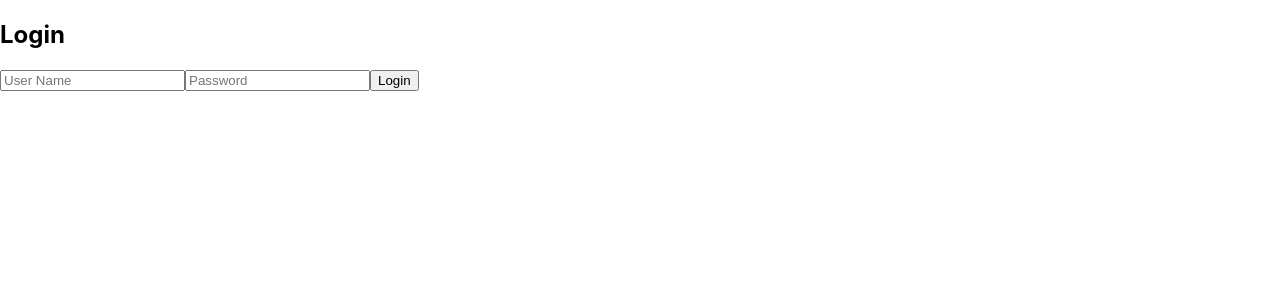
Repository: dechavez4/semester3_exam_frontend
Page: /
The author's editor kept a copy of each file at every save. The page is drawn from the files as they stood at one save, then again after the next save.
The browser window is 1280 px wide. The pictures show the whole page.
The project was rebuilt for these pictures with package versions that can differ from the ones it lists, and the page was loaded fresh each time. Also part of the build but not shown: src/App.css.

Above is the page before, as saved 2019-11-14 13:06:47.

### src/index.css
body {
  margin: 0;
  font-family: -apple-system, BlinkMacSystemFont, "Segoe UI", "Roboto", "Oxygen",
    "Ubuntu", "Cantarell", "Fira Sans", "Droid Sans", "Helvetica Neue",
    sans-serif;
  -webkit-font-smoothing: antialiased;
  -moz-osx-font-smoothing: grayscale;
}

code {
  font-family: source-code-pro, Menlo, Monaco, Consolas, "Courier New",
    monospace;
}

ul.header {
  list-style-type: none;
  margin: 0;
  padding: 0;
  overflow: hidden;
  background-color: #333;
}

ul.header li {
  float: left;
}

ul.header li a {
  display: block;
  color: white;
  text-align: center;
  padding: 14px 16px;
  text-decoration: none;
}
ul.header li a:hover:not(.active) {
  background-color: #111;
}
.active {
  background-color: #4caf50;
}

### src/App.js
import "./App.css";
import React, { useState, useEffect } from "react";
import facade from "./apiFacade";
import {
  BrowserRouter as Router,
  Switch,
  Route,
  useRouteMatch,
  useParams,
  Link,
  Prompt,
  NavLink
} from "react-router-dom";

function LogIn({ login }) {
  const init = { username: "", password: "" };
  const [loginCredentials, setLoginCredentials] = useState(init);

  const performLogin = evt => {
    evt.preventDefault();
    login(loginCredentials.username, loginCredentials.password);
  };
  const onChange = evt => {
    setLoginCredentials({
      ...loginCredentials,
      [evt.target.id]: evt.target.value
    });
  };

  return (
    <div>
      <h2>Login</h2>
      <form onChange={onChange}>
        <input placeholder="User Name" id="username" />
        <input placeholder="Password" id="password" />
        <button onClick={performLogin}>Login</button>
      </form>
    </div>
  );
}
function LoggedIn({ logout }) {
  return (
    <div>
      <Router>
        <Header />
        <Content logout={logout} />
      </Router>
    </div>
  );
}

const Header = () => {
  if (facade.getRole === "admin") {
    return (
      <ul className="header">
        <li>
          <NavLink exact activeClassName="active" to="/">
            Home
          </NavLink>
        </li>
        <li>
          <NavLink activeClassName="active" to="/peope">
            People
          </NavLink>
        </li>
        <li>
          <NavLink activeClassName="active" to="/company">
            Company
          </NavLink>
        </li>
        <li>
          <NavLink activeClassName="active" to="/logout">
            Logout
          </NavLink>
        </li>
      </ul>
    );
  }
  return (
    <ul className="header">
      <li>
        <NavLink exact activeClassName="active" to="/">
          Home
        </NavLink>
      </li>
      <li>
        <NavLink activeClassName="active" to="/people">
          People
        </NavLink>
      </li>
      <li>
        <NavLink activeClassName="active" to="/company">
          Company
        </NavLink>
      </li>
      <li>
        <NavLink activeClassName="active" to="/logout">
          Logout
        </NavLink>
      </li>
    </ul>
  );
};

const Content = ({ logout }) => {
  return (
    <Switch>
      <Route exact path="/">
        <Home />
      </Route>
      <Route path="/people">
        <People />
      </Route>
      <Route path="/company">
        <Company />
      </Route>
      <Route path="/logout">
        <Logout logout={logout} />
      </Route>
      <Route path="*">
        <NoMatch />
      </Route>
    </Switch>
  );
};
const People = () => {
  return (
    <div>
      <h3>PEOPLE</h3>
    </div>
  );
};
const Company = () => {
  return (
    <div>
      <h3>COMPANY</h3>
    </div>
  );
};

const NoMatch = () => <div>Urlen matcher ingen kendte routes</div>;

const Logout = ({ logout }) => {
  const handleLogout = () => {
    logout();
  };
  return (
    <div>
      <button onClick={handleLogout}>Logout</button>
    </div>
  );
};

const Home = () => {
  const [dataFromServer, setDataFromServer] = useState("Fetching...");
  const [listPeople, setListPeople] = useState("");

  useEffect(() => {
    facade.fetchData().then(res => setDataFromServer(res.msg));
  }, []);
  useEffect(() => {
    facade.fetchPeople().then(res => setListPeople(res));
    console.log(facade.getRole());
  }, []);
  useEffect(() => {
    facade.fetchPeople().then(res => console.log(res));
  }, []);
  return (
    <div>
      <h2>Data Received from server</h2>
      <h3>{dataFromServer}</h3>
      <p>{JSON.stringify(listPeople)}</p>
    </div>
  );
};

function App() {
  const [loggedIn, setLoggedIn] = useState(false);

  const logout = () => {
    facade.logout();
    setLoggedIn(false);
  };
  const login = (user, pass) => {
    facade.login(user, pass).then(res => setLoggedIn(true));
  };

  return (
    <div>
      {!loggedIn ? (
        <LogIn login={login} />
      ) : (
        <div>
          <LoggedIn logout={logout} />
        </div>
      )}
    </div>
  );
}
export default App;

### src/apiFacade.js
const URL = "http://localhost:8080/securitystarter";

function handleHttpErrors(res) {
  if (!res.ok) {
    return Promise.reject({ status: res.status, fullError: res.json() });
  }
  return res.json();
}

function apiFacade() {
  const setToken = token => {
    localStorage.setItem("jwtToken", token);
  };
  const getToken = () => {
    return localStorage.getItem("jwtToken");
  };
  const getRole = () => {
    let jwt = localStorage.getItem("jwtToken");
    let jwtData = jwt.split(".")[1];
    let decodedJwtJsonData = window.atob(jwtData);
    let decodedJwtData = JSON.parse(decodedJwtJsonData);
    return decodedJwtData.roles;
  };
  const loggedIn = () => {
    const loggedIn = getToken() != null;
    return loggedIn;
  };
  const logout = () => {
    localStorage.removeItem("jwtToken");
  };

  const login = (user, password) => {
    const options = makeOptions("POST", true, {
      username: user,
      password: password
    });
    return fetch(URL + "/api/login", options)
      .then(handleHttpErrors)
      .then(res => {
        setToken(res.token);
      });
  };
  const fetchData = () => {
    const options = makeOptions("GET", true); //True add's the token
    if (getRole() === "admin") {
      return fetch(URL + "/api/info/admin", options).then(handleHttpErrors);
    }
    return fetch(URL + "/api/info/user", options).then(handleHttpErrors);
  };

  const fetchPeople = () => {
    const options = makeOptions("GET", true); //True add's the token
    return fetch(URL + "/api/info/user/people", options).then(handleHttpErrors);
  };

  const makeOptions = (method, addToken, body) => {
    var opts = {
      method: method,
      headers: {
        "Content-type": "application/json",
        Accept: "application/json"
      }
    };
    if (addToken && loggedIn()) {
      opts.headers["x-access-token"] = getToken();
    }
    if (body) {
      opts.body = JSON.stringify(body);
    }
    return opts;
  };
  return {
    makeOptions,
    setToken,
    getToken,
    loggedIn,
    login,
    logout,
    fetchData,
    getRole,
    fetchPeople
  };
}
const facade = apiFacade();
export default facade;

Loaded but not shown: public/index.html (common file); src/index.js (common file)

After the next save:
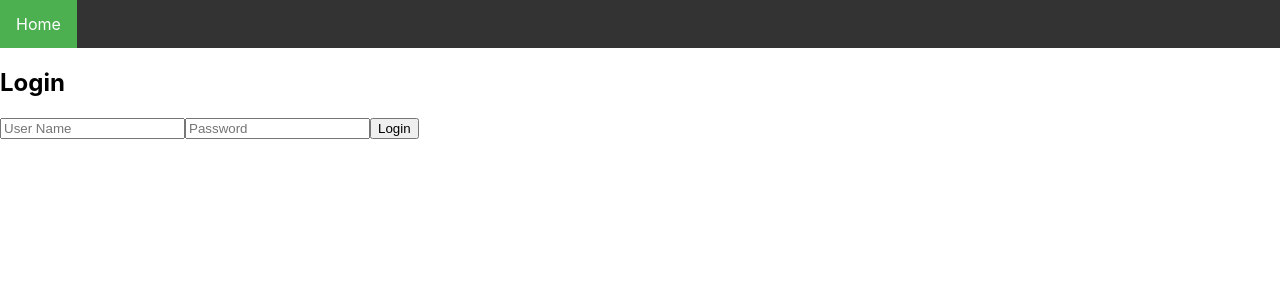
Saved 7 min 4 s later.
--- a/src/App.js
+++ b/src/App.js
@@ -28,14 +28,23 @@
   };
 
   return (
-    <div>
-      <h2>Login</h2>
-      <form onChange={onChange}>
-        <input placeholder="User Name" id="username" />
-        <input placeholder="Password" id="password" />
-        <button onClick={performLogin}>Login</button>
-      </form>
-    </div>
+    <Router>
+      <ul className="header">
+        <li>
+          <NavLink exact activeClassName="active" to="/">
+            Home
+          </NavLink>
+        </li>
+      </ul>
+      <div>
+        <h2>Login</h2>
+        <form onChange={onChange}>
+          <input placeholder="User Name" id="username" />
+          <input placeholder="Password" id="password" />
+          <button onClick={performLogin}>Login</button>
+        </form>
+      </div>
+    </Router>
   );
 }
 function LoggedIn({ logout }) {
